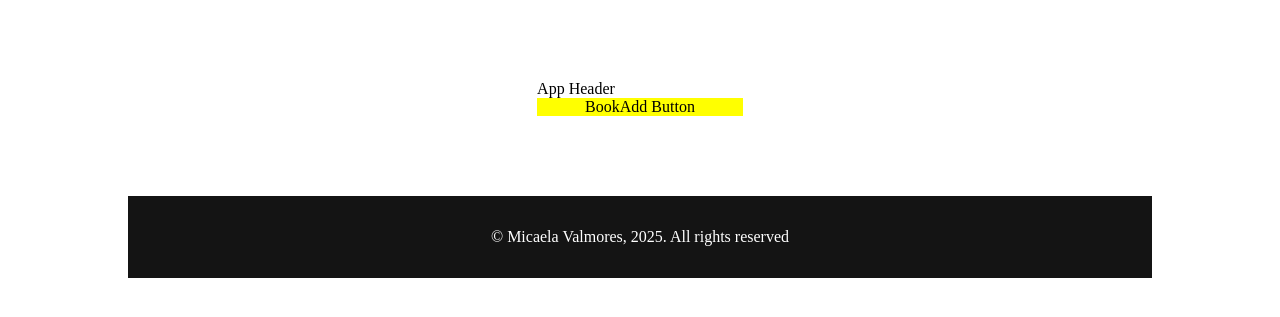
Repository: Micaelavalmores/COMP3170-Data-Fetching
Page: /
An editor plug-in stored every save of this project. The page is shown before and after the next save, followed by the edit.
The browser window is 1280 px wide. The pictures show the whole page.
The project was rebuilt for these pictures with package versions that can differ from the ones it lists, and the page was loaded fresh each time. Also part of the build but not shown: vite.config.js.

Above is the page before, as saved 2025-09-22 17:56:19.

### index.html
<!doctype html>
<html lang="en">
  <head>
    <meta charset="UTF-8" />
    <meta name="viewport" content="width=device-width, initial-scale=1.0" />
    <title>Book Catalog</title>
  </head>
  <body>
    <div id="root"></div>
    <script type="module" src="/src/main.jsx"></script>
  </body>
</html>

### src/index.css
body {
  margin: 0 auto;
}

.app {
  display: flex;
  flex-direction: column;
  width: 80%;
  margin: 0 auto;
  background: #fff;
  /* min-height: 100%; */
  justify-content: space-between;

  footer {
    padding: 0 2em;
    background: #141414;
    color: #fff;

    p {
        text-align: center;
        padding: 1em 0;
    }
  }

  .content {
    margin: 2em auto;
    padding: 3em;
  }

  .mainContent {
    padding: 0 3em;
    background: yellow;
  }

}

### src/App.jsx
import Footer from "./components/Footer";
import Book from "./components/Book";
import AppHeader from "./components/AppHeader";
import AddButton from "./components/AddButton";


function App () {
  return (
    <div className="app">
      <section className="content">
        <AppHeader />
        <div className="mainContent">
          <Book />
          <AddButton />
        </div>
      </section>
        <Footer />
    </div>
  )
}

export default App;

### src/components/Footer.jsx
function Footer() {
    return (
        <footer>
            <p>&copy; Micaela Valmores, 2025. All rights reserved</p>
        </footer>
    );
}

export default Footer;

### src/components/Book.jsx
function Book () {
    return 'Book';
}

export default Book;

### src/components/AppHeader.jsx


function AppHeader () {
    return 'App Header';
}

export default AppHeader;

### src/components/AddButton.jsx
function AddButton () {
    return `Add Button`;
}

export default AddButton;

Loaded but not shown: src/main.jsx (common file)

After the next save:
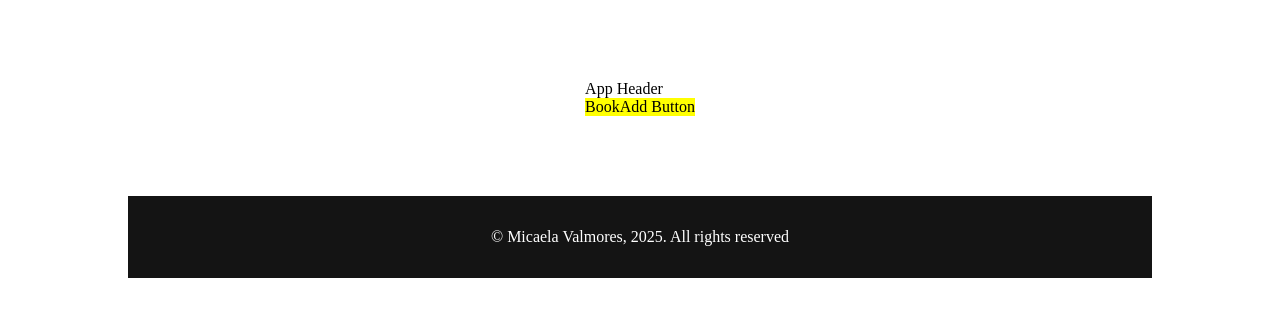
Saved 9 s later.
--- a/src/index.css
+++ b/src/index.css
@@ -28,7 +28,7 @@ body {
   }
 
   .mainContent {
-    padding: 0 3em;
+    padding: 0;
     background: yellow;
   }
 
